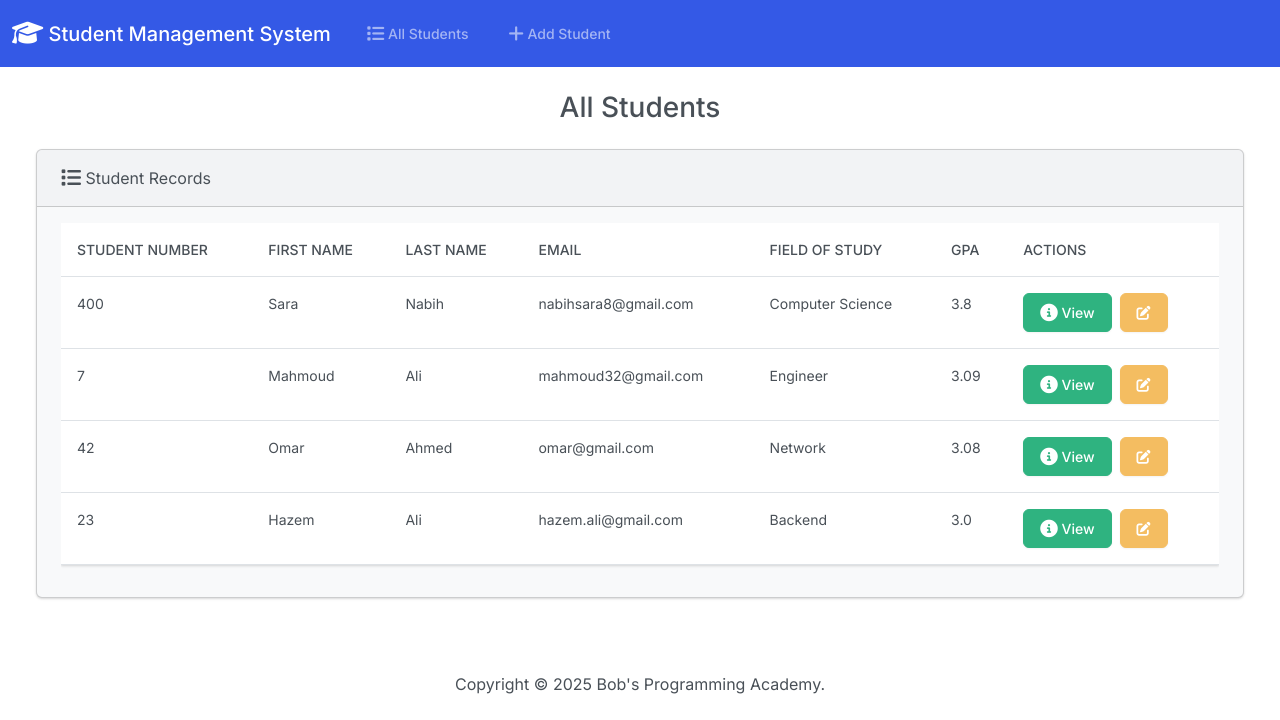
Repository: saraanbih/Student-Management-System
Page: http://localhost/
These files come from the project's save history. The page is drawn as it stood at one moment and after the next save; the edit follows.
The browser window is 1280 px wide. The pictures show the whole page.
Some web libraries are served in a nearby version. The page is served by the project's application, run on Django 5.2 (manage.py). The page reads the database file committed with the project.

Above is the page before, as saved 2025-09-12 23:30:17.

After the next save:
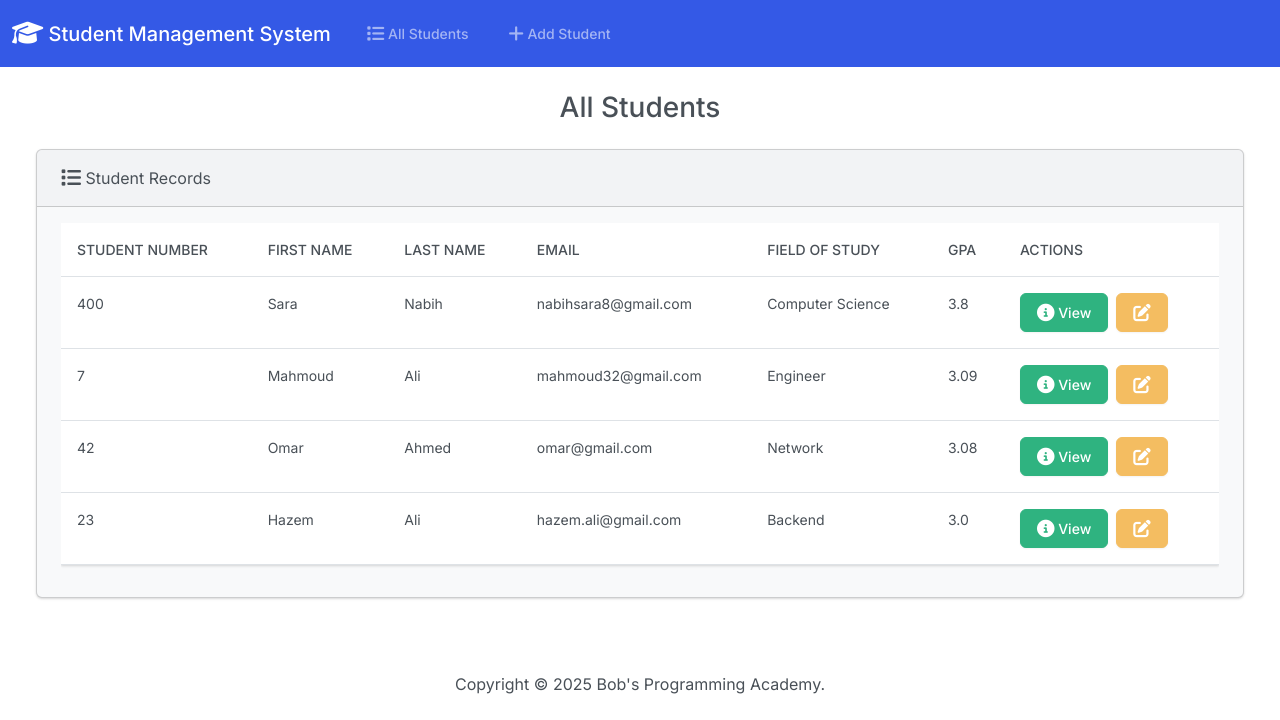
Saved 8 s later.
--- a/students/templates/students/index.html
+++ b/students/templates/students/index.html
@@ -70,7 +70,7 @@
                         </div>
 
                         <a class="btn btn-warning me-1" href="% url 'edit' student.student_id %">
-                          <i class="fa-solid fa-pen-to-square"></i>
+                          <i class="fa-solid fa-pen-to-square fa-lg"></i>
                         </a>
                       </td>
                     </tr>
